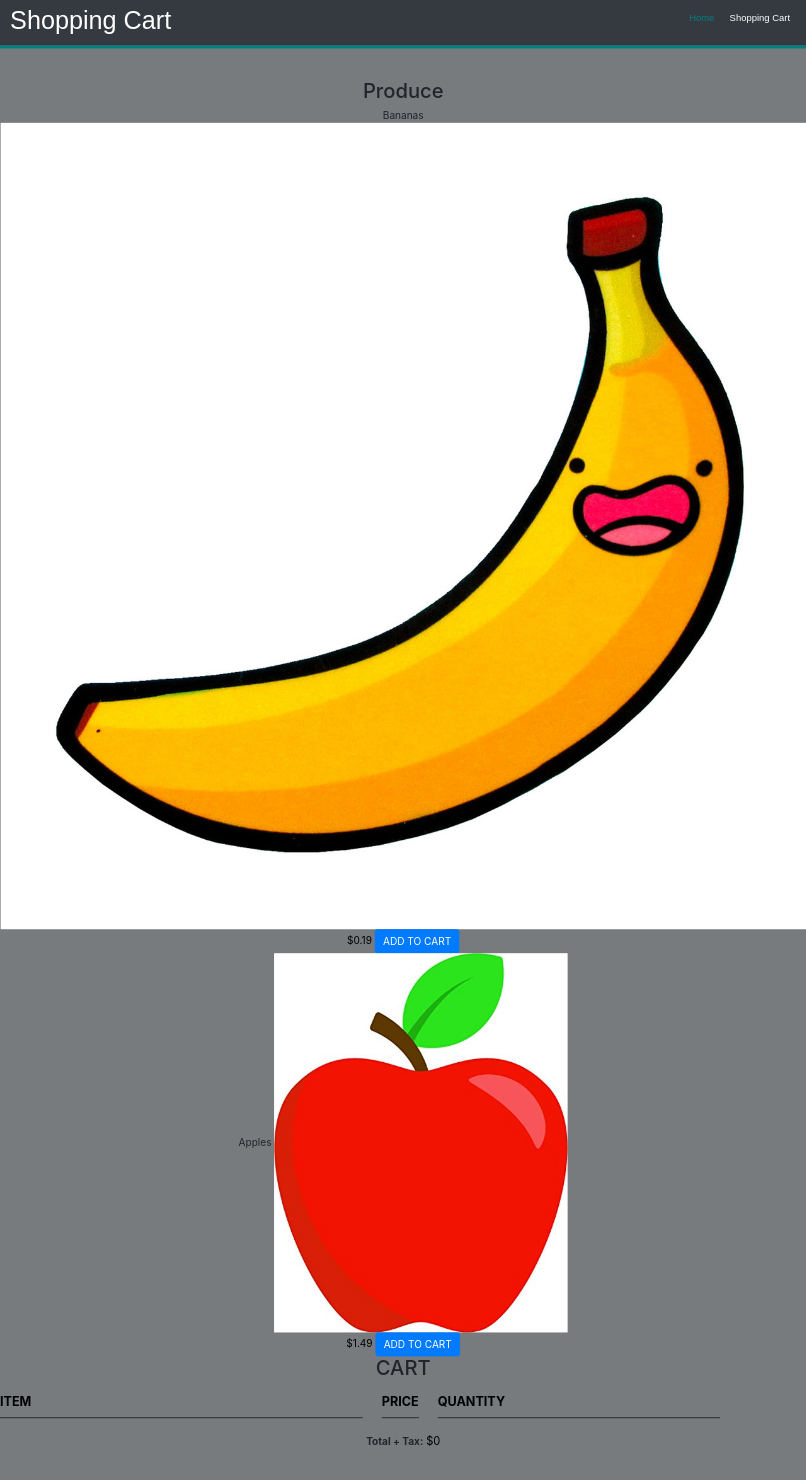
Repository: ElijahHallera/336-Internet-Prog
Page: http://localhost/shoppingcart.html
The author's editor kept a record of every edit. The page is drawn from the files as they stood at one moment, then again after the next edit.
The browser window is 1280 px wide. The pictures show the whole page, at 63% of full size.
The page is run by PHP 8.4 with error messages shown; the project is at /var/www/html/.

Above is the page before.

After the next edit:
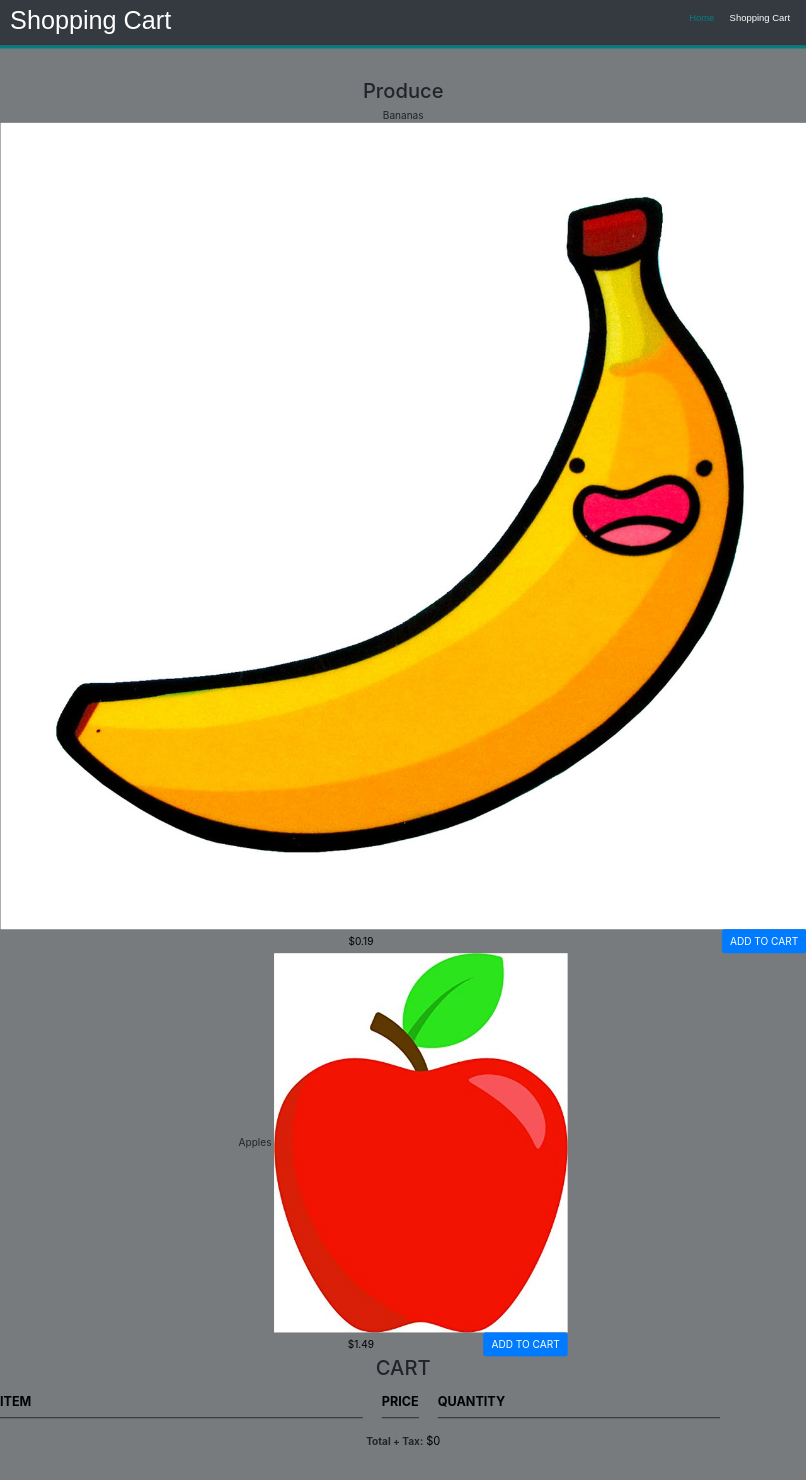
The edit:
--- a/cst336_s2020Assignment2-master/cst336_s2020Assignment2-master/css/app.css
+++ b/cst336_s2020Assignment2-master/cst336_s2020Assignment2-master/css/app.css
@@ -85,7 +85,7 @@
     height: 250px;
 }
 
-.shop-item-details {
+.details {
     display: flex;
     align-items: center;
 }
